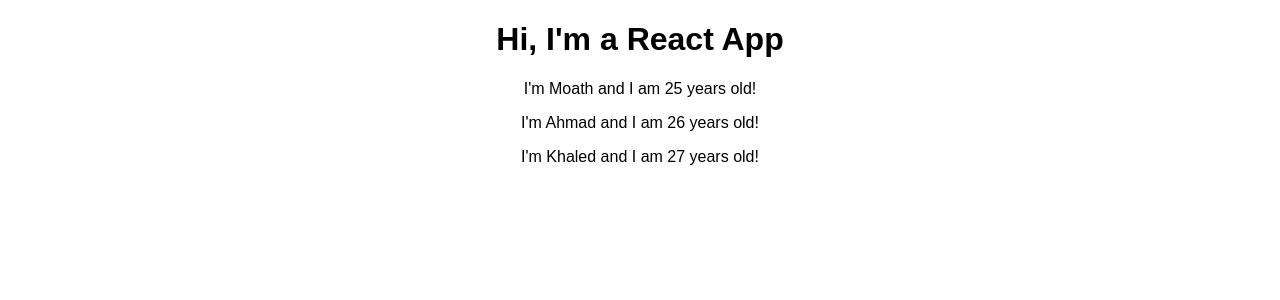
Repository: MuathYHKefayah/React-Basics
Page: /
These files come from the project's save history. The page is drawn as it stood at one moment and after the next save; the edit follows.
The browser window is 1280 px wide. The pictures show the whole page.
The project was rebuilt for these pictures with package versions that can differ from the ones it lists, and the page was loaded fresh each time.

Above is the page before, as saved 2020-12-10 11:28:40.

After the next save:
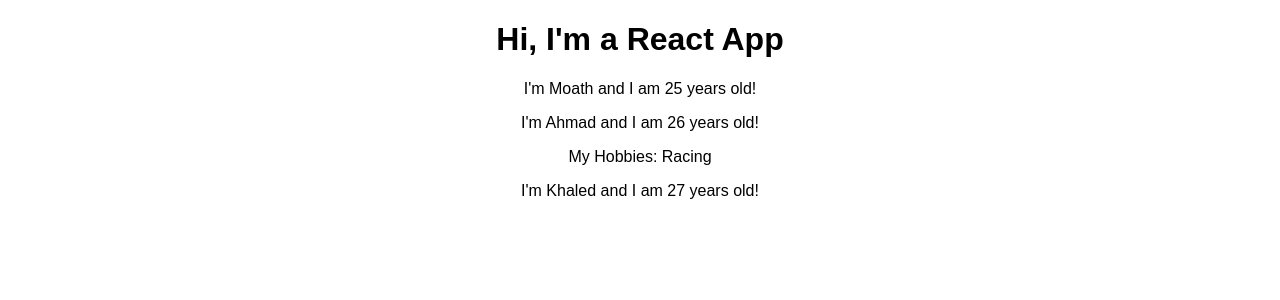
Saved 2 min 5 s later.
--- a/src/Person/Person.js
+++ b/src/Person/Person.js
@@ -1,7 +1,13 @@
 import React from 'react';
+import { render } from 'react-dom';
 
 const person = (props) => {
-return <p>I'm {props.name} and I am {props.age} years old!</p>
+    return (
+        <div>
+            <p>I'm {props.name} and I am {props.age} years old!</p>
+            <p>{props.children}</p>
+        </div>
+    )
 };
 
 export default person;
